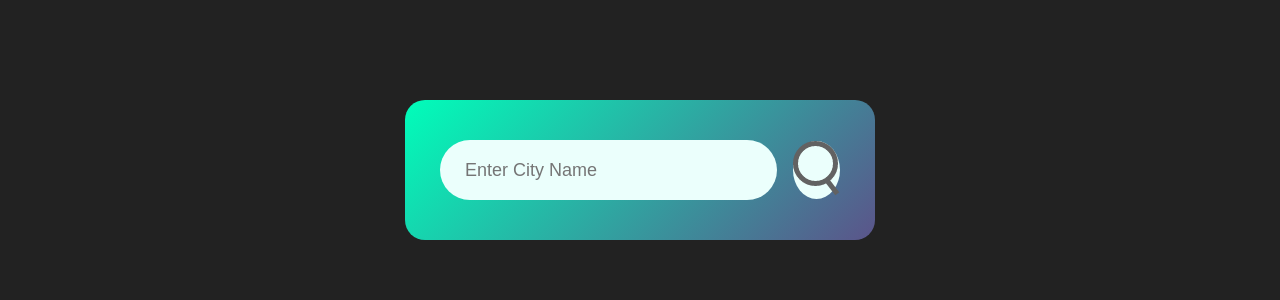
Repository: dubeprince/WeatherApp-Project
Page: WeatherApp/index.html
The author's editor kept a copy of each file at every save. The page is drawn from the files as they stood at one save, then again after the next save.
The browser window is 1280 px wide. The pictures show the whole page.

Above is the page before, as saved 2023-05-26 10:49:39.

After the next save:
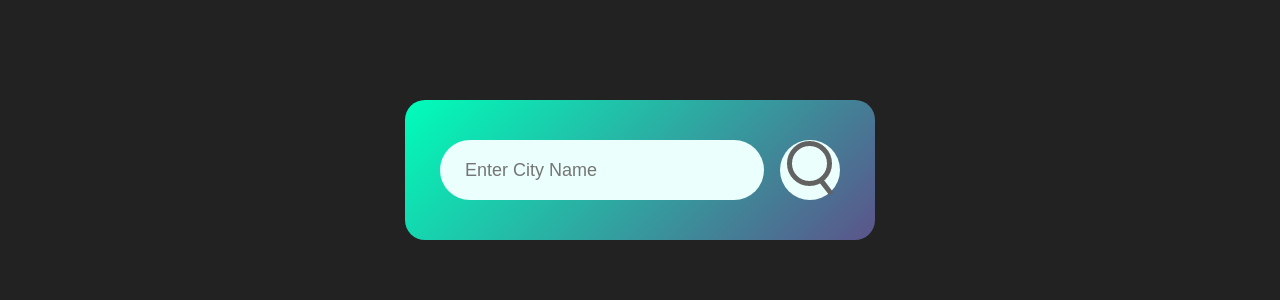
Saved 56 s later.
--- a/WeatherApp/style.css
+++ b/WeatherApp/style.css
@@ -42,6 +42,7 @@ body{
     outline: 0;
     border-radius: 50%;
     background: #ebfffc;
-
+    width: 60px;
+    height: 60px;
 
 }
